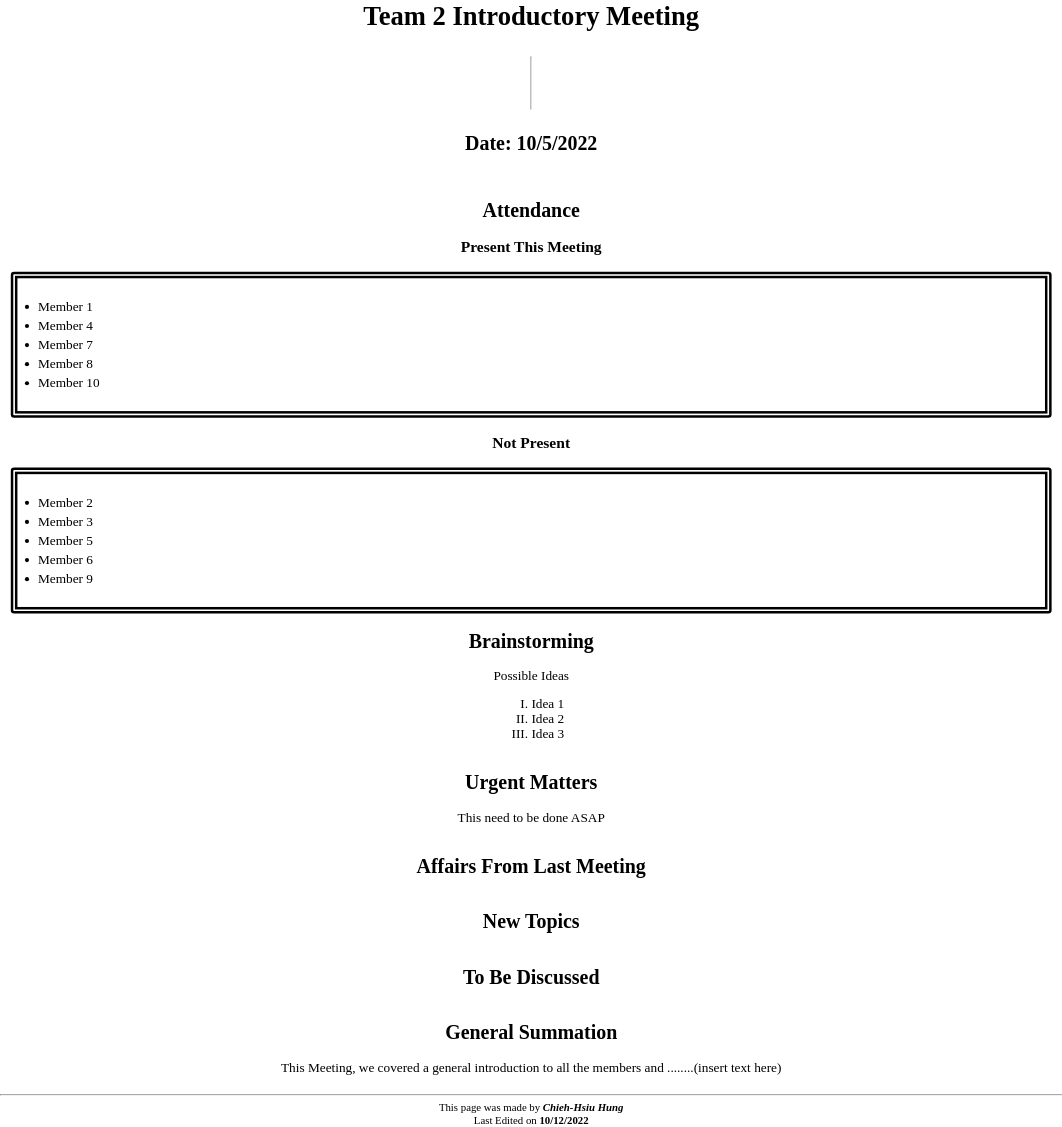
Repository: Chieh0501/fa22-cse110-lab3
Page: index.html
These files come from the project's save history. The page is drawn as it stood at one moment and after the next save; the edit follows.
The browser window is 1280 px wide. The pictures show the part of the page from y = 828 to 2186 px (the page is 2186 px tall), at 83% of full size.
A picture or video elsewhere on the page could not be fetched, so the positions and the page height are approximate.

Above is the page before, as saved 2022-10-12 13:01:04.

After the next save:
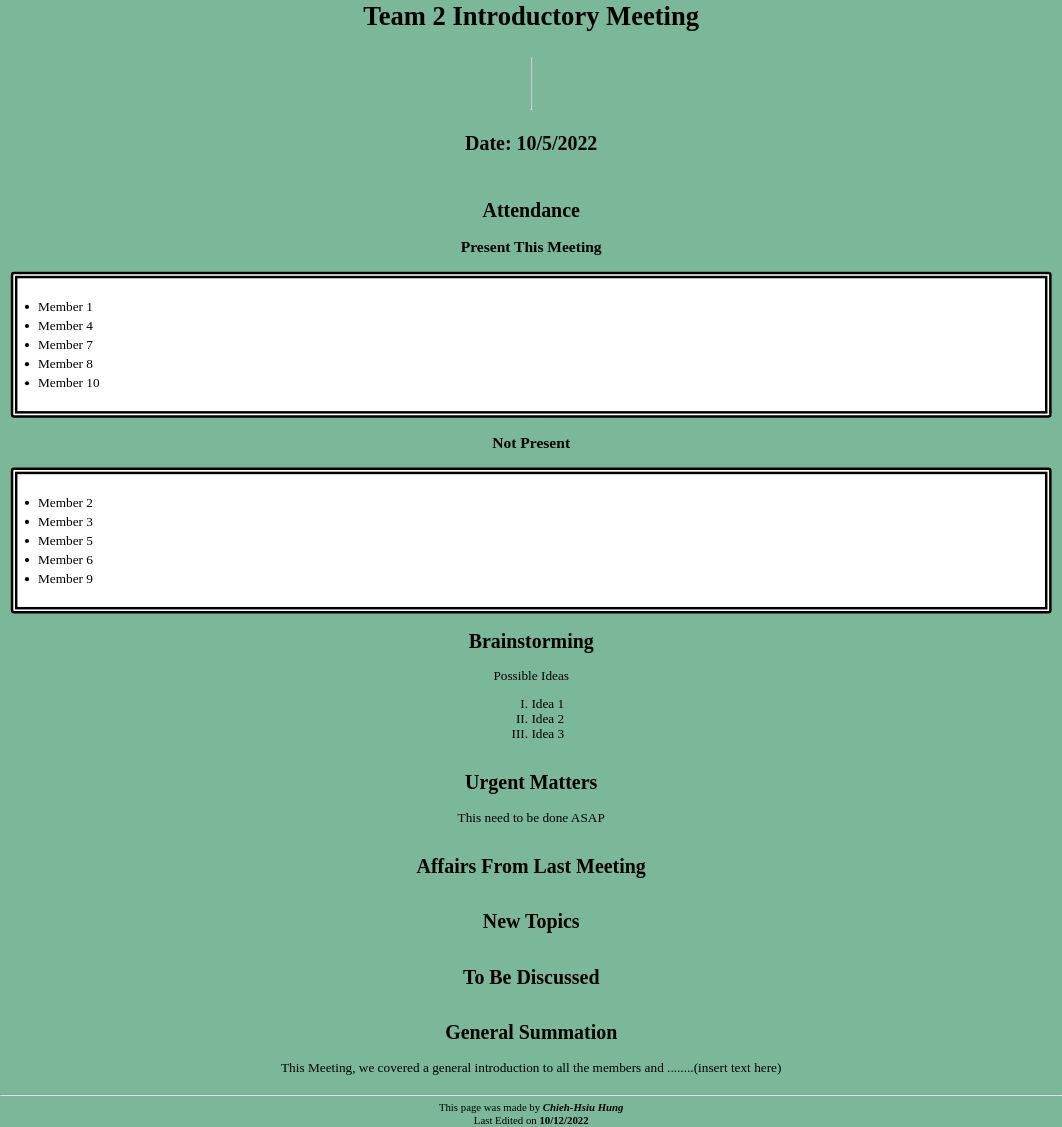
Saved 29 s later.
--- a/styles/main.css
+++ b/styles/main.css
@@ -14,7 +14,7 @@
 }
 
 body {
-  background-color: var(--secondary-color);
+  background-color: var(--accent-color-3);
   display: block;
   margin: 0;
   padding: 0;
